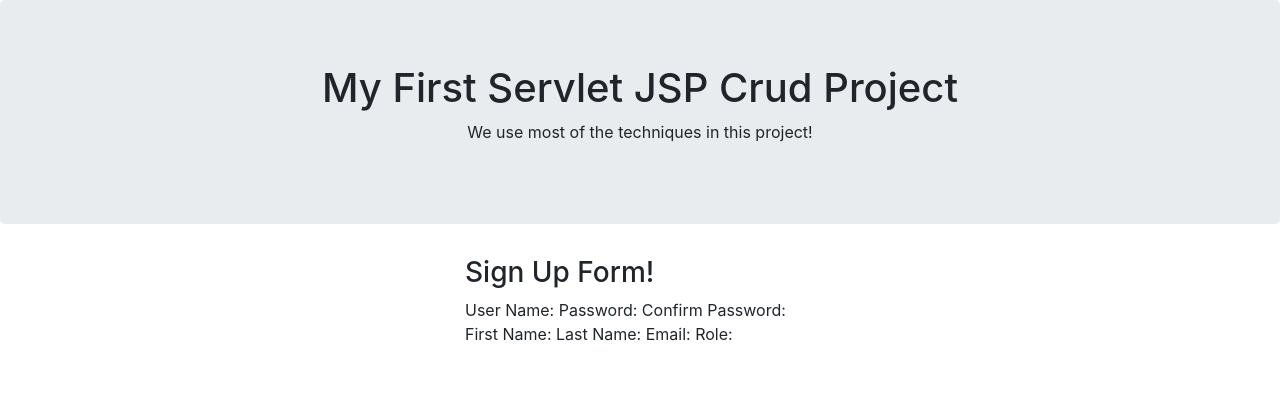
Repository: jagasia/sep-07
Page: http://localhost/sep-07-04/signup.jsp
The author's editor kept a copy of each file at every save. The page is drawn from the files as they stood at one save, then again after the next save.
The browser window is 1280 px wide. The pictures show the whole page.
The page is served by Tomcat 9.

Above is the page before, as saved 2022-09-07 09:48:52.

After the next save:
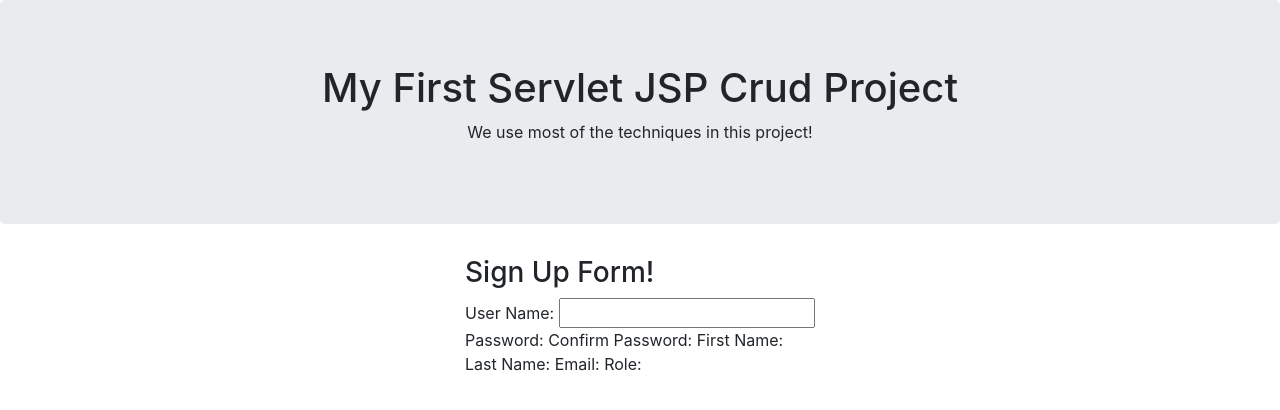
Saved 23 s later.
--- a/sep-07-04/WebContent/signup.jsp
+++ b/sep-07-04/WebContent/signup.jsp
@@ -25,7 +25,7 @@
     <div class="col-sm-4">
       <h3>Sign Up Form!</h3>
       <form>
-      	User Name:
+      	User Name: <input type="text" name="userName" />
       	Password:
       	Confirm Password:
       	First Name:
